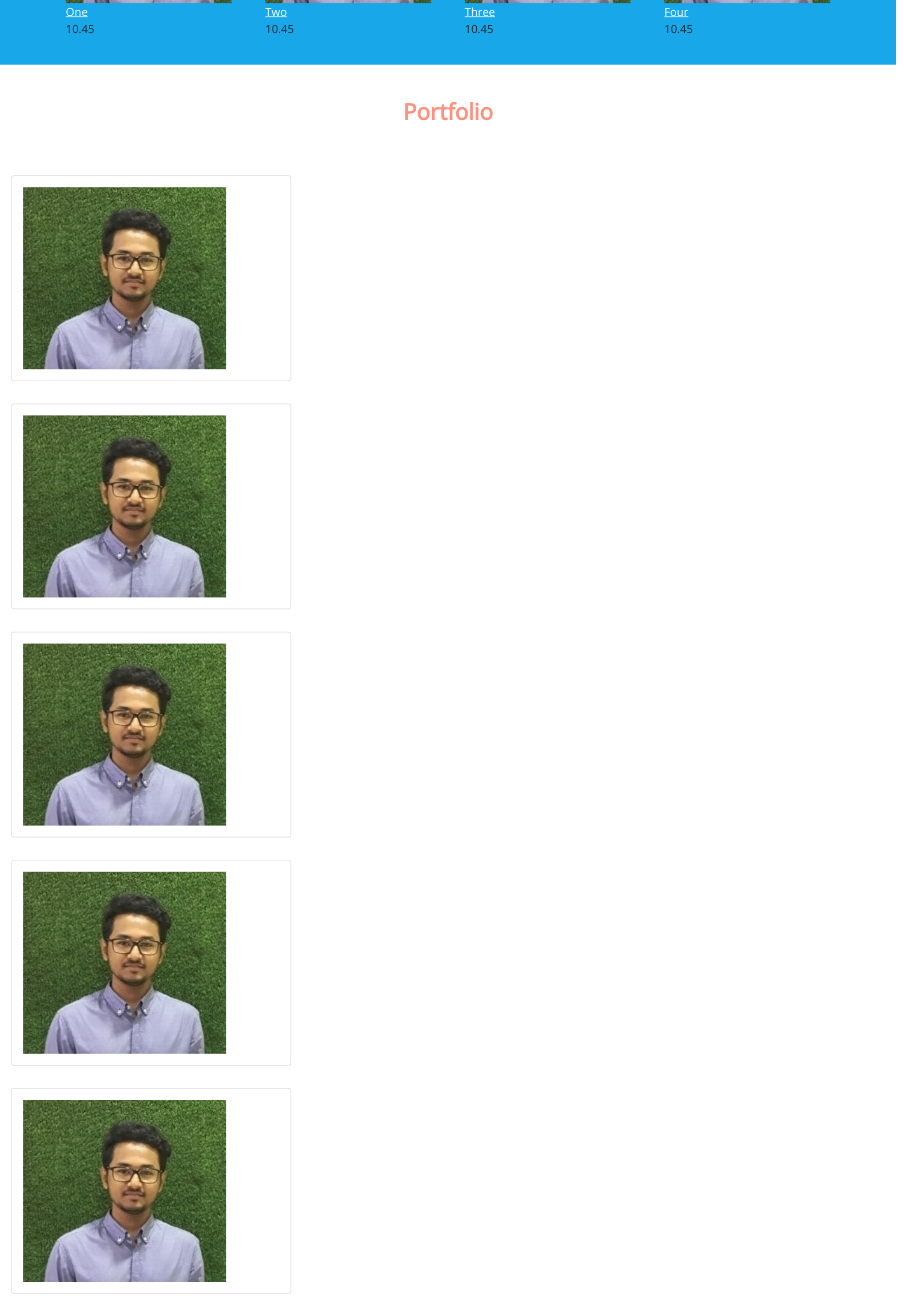
Repository: emowzz/emowzz.github.io
Page: index.html
The author's editor kept a copy of each file at every save. The page is drawn from the files as they stood at one save, then again after the next save.
The browser window is 1280 px wide. The page is 1292 px wide, so the pictures cover 1292 px, including what lies to the right of the window. The pictures show the part of the page from y = 2599 to 4479 px (the page is 4789 px tall), at 70% of full size.
Some web libraries are served in a nearby version.

Above is the page before, as saved 2021-03-17 23:30:45.

### index.html
<!doctype html>
<html lang="en">

<head>
  <!-- Required meta tags -->
  <meta charset="utf-8">
  <meta name="viewport" content="width=device-width, initial-scale=1">
  <link rel="shortcut icon" type="image/png" href="./Image/myImgZoom.jpg">
  <!-- Bootstrap CSS -->
  <link href="https://cdn.jsdelivr.net/npm/bootstrap@5.0.0-beta2/dist/css/bootstrap.min.css" rel="stylesheet"
    integrity="sha384-BmbxuPwQa2lc/FVzBcNJ7UAyJxM6wuqIj61tLrc4wSX0szH/Ev+nYRRuWlolflfl" crossorigin="anonymous">
  <link rel="preconnect" href="https://fonts.gstatic.com">
  <link href="https://fonts.googleapis.com/css2?family=Open+Sans:wght@300&display=swap" rel="stylesheet">
  <link rel="stylesheet" href="./CSS/style.css">


  <title>Hi There, I'm Fahim Foysal Emon!</title>

  <script src="https://kit.fontawesome.com/a076d05399.js" crossorigin="anonymous"></script>
</head>

<body>

  <!-- this is banner section -->
  <section class="banner-container container-fluid">
    <div class="row vh-100">
      <div class="col-md-9 banner-column m-auto text-center text-white p-4 border border-light">
        <h1 class="display:4 fw-bolder">Fahim Foysal Emon</h1>
        <h3>Software Developer</h3>
      </div>
    </div>
  </section>

  <!-- this is nav-bar section -->
  <nav class="navbar navbar-expand-lg navbar-dark navbar-container">
    <div class="container-fluid">
      <button class="navbar-toggler" type="button" data-bs-toggle="collapse" data-bs-target="#navbarSupportedContent"
        aria-controls="navbarSupportedContent" aria-expanded="false" aria-label="Toggle navigation">
        <span class="navbar-toggler-icon"></span>
      </button>
      <div class="collapse navbar-collapse" id="navbarSupportedContent">
        <ul class="navbar-nav m-auto mb-2 mb-lg-0">
          <li class="nav-item">
            <a class="nav-link active" aria-current="page" href="#About">ABOUT</a>
          </li>
          <li class="nav-item">
            <a class="nav-link" href="#Education">EDUCATION</a>
          </li>
          <li class="nav-item">
            <a class="nav-link" href="#Project">PROJECT</a>
          </li>
          <li class="nav-item">
            <a class="nav-link" href="#Portfolio">PORTFOLIO</a>
          </li>
          <li class="nav-item">
            <a class="nav-link" href="#Gallery">GALLERY</a>
          </li>
          <li class="nav-item">
            <a class="nav-link" href="#Contact">CONTACT</a>
          </li>
        </ul>
      </div>
    </div>
  </nav>

  <!-- this is about section -->
  <div class="about-container" id="About">
    <div class="container">
      <div class="row align-items-center justify-content-center">
        <div class="col-md-9 py-5 text-white">
          <h3>Fahim Foysal Emon</h3>
          <p>Software Developer</p>
          <p>Lorem ipsum dolor, sit amet consectetur adipisicing elit. Qui a architecto tempore blanditiis, aperiam
            eius, id optio fugit odit quis reiciendis ad expedita consequatur dolores repellendus asperiores illum
            assumenda molestias distinctio dicta suscipit mollitia doloribus eum voluptates. Quisquam molestiae eius
            numquam quidem iusto asperiores dolorem minima minus accusantium, accusamus doloribus.</p>
          <p>Lorem ipsum dolor sit, amet consectetur adipisicing elit. Sint quidem accusamus dolor sed voluptas
            distinctio eos? Tempore sed omnis mollitia asperiores quos quidem hic porro consectetur? Numquam in ipsa
            commodi inventore nostrum asperiores consequuntur! Nemo molestiae necessitatibus suscipit doloribus eius!
          </p>
          <p>
            Lorem ipsum dolor sit amet consectetur adipisicing elit. Nisi suscipit dignissimos tempore culpa soluta,
            assumenda voluptas dolores quam nobis? Sed ad dolores itaque eveniet nulla autem quos et. Animi, laudantium?
          </p>
        </div>

        <div class="col-md-3 mb-4">
          <img src="/Image/myImg.png" alt="" class="img-fluid border rounded-circle border-light">
        </div>
      </div>
    </div>
  </div>

  <!-- this is education section -->
  <div class="education-container" id="Education">
    <div class="container">
      <div class="row text-center">
        <div class="col py-5">
          <h2 class="bg-redType-color fw-bolder">
            Education
          </h2>
        </div>
      </div>

      <div class="row my-4 py-5 align-items-center justify-content-center">
        <div class="col-md-2 pd-3 mx-5">
          <div class="circle text-center text-white">
            <p class="py-5">
              June, 2013 <br>
              Dec, 2015
            </p>
          </div>
        </div>

        <div class="col-md-9">
          <div class="card">
            <div class="card-body">
              Lorem ipsum dolor sit, amet consectetur adipisicing elit. Consequuntur exercitationem veniam dicta est
              nemo possimus aperiam reiciendis necessitatibus quisquam reprehenderit tempore, tenetur aspernatur? Itaque
              id, animi illo blanditiis earum consequuntur eaque illum nisi omnis reiciendis quisquam quidem, quae
              laudantium! Praesentium eligendi non dolorem optio ipsa distinctio explicabo animi vitae nam.
            </div>
          </div>
        </div>

      </div>

      <div class="row my-4 py-5 align-items-center justify-content-center">
        <div class="col-md-2 pb-3 mx-5">
          <div class="circle text-center text-white">
            <p class="py-5">
              June, 2013 <br>
              Dec, 2015
            </p>
          </div>
        </div>

        <div class="col-md-9">
          <div class="card">
            <div class="card-body">
              Lorem ipsum dolor sit, amet consectetur adipisicing elit. Consequuntur exercitationem veniam dicta est
              nemo possimus aperiam reiciendis necessitatibus quisquam reprehenderit tempore, tenetur aspernatur? Itaque
              id, animi illo blanditiis earum consequuntur eaque illum nisi omnis reiciendis quisquam quidem, quae
              laudantium! Praesentium eligendi non dolorem optio ipsa distinctio explicabo animi vitae nam.
            </div>
          </div>
        </div>

      </div>
    </div>
  </div>

  <!-- this is project section -->

  <div class="project-container" id="Project">
    <div class="container">
      <div class="row text-center">
        <div class="col py-5">
          <h2 class="text-white fw-bolder">
            Projects
          </h2>
        </div>
      </div>
      <div class="row">
        <div class="col-md-3 p-4">
          <img src="./Image/myImgZoom.jpg" alt="" class="img-fluid">
          <a href="" class="text-white">One</a>
          <p>10.45</p>
        </div>
        <div class="col-md-3 p-4">
          <img src="./Image/myImgZoom.jpg" alt="" class="img-fluid">
          <a href="" class="text-white">Two</a>
          <p>10.45</p>
        </div>
        <div class="col-md-3 p-4">
          <img src="./Image/myImgZoom.jpg" alt="" class="img-fluid">
          <a href="" class="text-white">Three</a>
          <p>10.45</p>
        </div>
        <div class="col-md-3 p-4">
          <img src="./Image/myImgZoom.jpg" alt="" class="img-fluid">
          <a href="" class="text-white">Four</a>
          <p>10.45</p>
        </div>
        </div>
      </div>
    </div>


    <!-- This is portfolio section -->

    <div class="portfolio-container">
      <div class="row text-center">
        <div class="col py-5">
          <h2 class="fw-bolder bg-redType-color">
            Portfolio
          </h2>
        </div>
      </div>

      <div class="row p-3">
        <div class="col-md-4">
          <div class="card">
            <div class="card-body">
              <img src="./Image/myImgZoom.jpg" alt="" class="img-fluid">
            </div>
          </div>
        </div>
      </div>

      <div class="row p-3">
        <div class="col-md-4">
          <div class="card">
            <div class="card-body">
              <img src="./Image/myImgZoom.jpg" alt="" class="img-fluid">
            </div>
          </div>
        </div>
      </div>

      <div class="row p-3">
        <div class="col-md-4">
          <div class="card">
            <div class="card-body">
              <img src="./Image/myImgZoom.jpg" alt="" class="img-fluid">
            </div>
          </div>
        </div>
      </div>

      <div class="row p-3">
        <div class="col-md-4">
          <div class="card">
            <div class="card-body">
              <img src="./Image/myImgZoom.jpg" alt="" class="img-fluid">
            </div>
          </div>
        </div>
      </div>

      <div class="row p-3">
        <div class="col-md-4">
          <div class="card">
            <div class="card-body">
              <img src="./Image/myImgZoom.jpg" alt="" class="img-fluid">
            </div>
          </div>
        </div>
      </div>

      <div class="row p-3">
        <div class="col-md-4">
          <div class="card">
            <div class="card-body">
              <img src="./Image/myImgZoom.jpg" alt="" class="img-fluid">
            </div>
          </div>
        </div>
      </div>

    </div>

  <!-- Optional JavaScript; choose one of the two! -->

  <!-- Option 1: Bootstrap Bundle with Popper -->
  <script src="https://cdn.jsdelivr.net/npm/bootstrap@5.0.0-beta2/dist/js/bootstrap.bundle.min.js"
    integrity="sha384-b5kHyXgcpbZJO/tY9Ul7kGkf1S0CWuKcCD38l8YkeH8z8QjE0GmW1gYU5S9FOnJ0"
    crossorigin="anonymous"></script>

  <!-- Option 2: Separate Popper and Bootstrap JS -->
  <!--
    <script src="https://cdn.jsdelivr.net/npm/@popperjs/core@2.6.0/dist/umd/popper.min.js" integrity="sha384-KsvD1yqQ1/1+IA7gi3P0tyJcT3vR+NdBTt13hSJ2lnve8agRGXTTyNaBYmCR/Nwi" crossorigin="anonymous"></script>
    <script src="https://cdn.jsdelivr.net/npm/bootstrap@5.0.0-beta2/dist/js/bootstrap.min.js" integrity="sha384-nsg8ua9HAw1y0W1btsyWgBklPnCUAFLuTMS2G72MMONqmOymq585AcH49TLBQObG" crossorigin="anonymous"></script>
    -->
</body>

</html>

### CSS/style.css
body {
    font-family: 'Open Sans', sans-serif;
}


.banner-container {
    background-color: #CACACA;
}

.banner-column {
    background-color: #868486;
}

.navbar-container {
    background-color: #102040;
}

.about-container {
    background-color: #00A9C0;
}

.education-container {
    background-color: #eeebf0;
}

.bg-redType {
    background-color: #d36959;
}

.bg-redType-color {
    color: #FF907E;
}

.circle {
    background-color: #d36959;
    width: 150px;
    height: 150px;
    border-radius: 50%;
}

.project-container {
    background-color: #18a7e9;
}

After the next save:
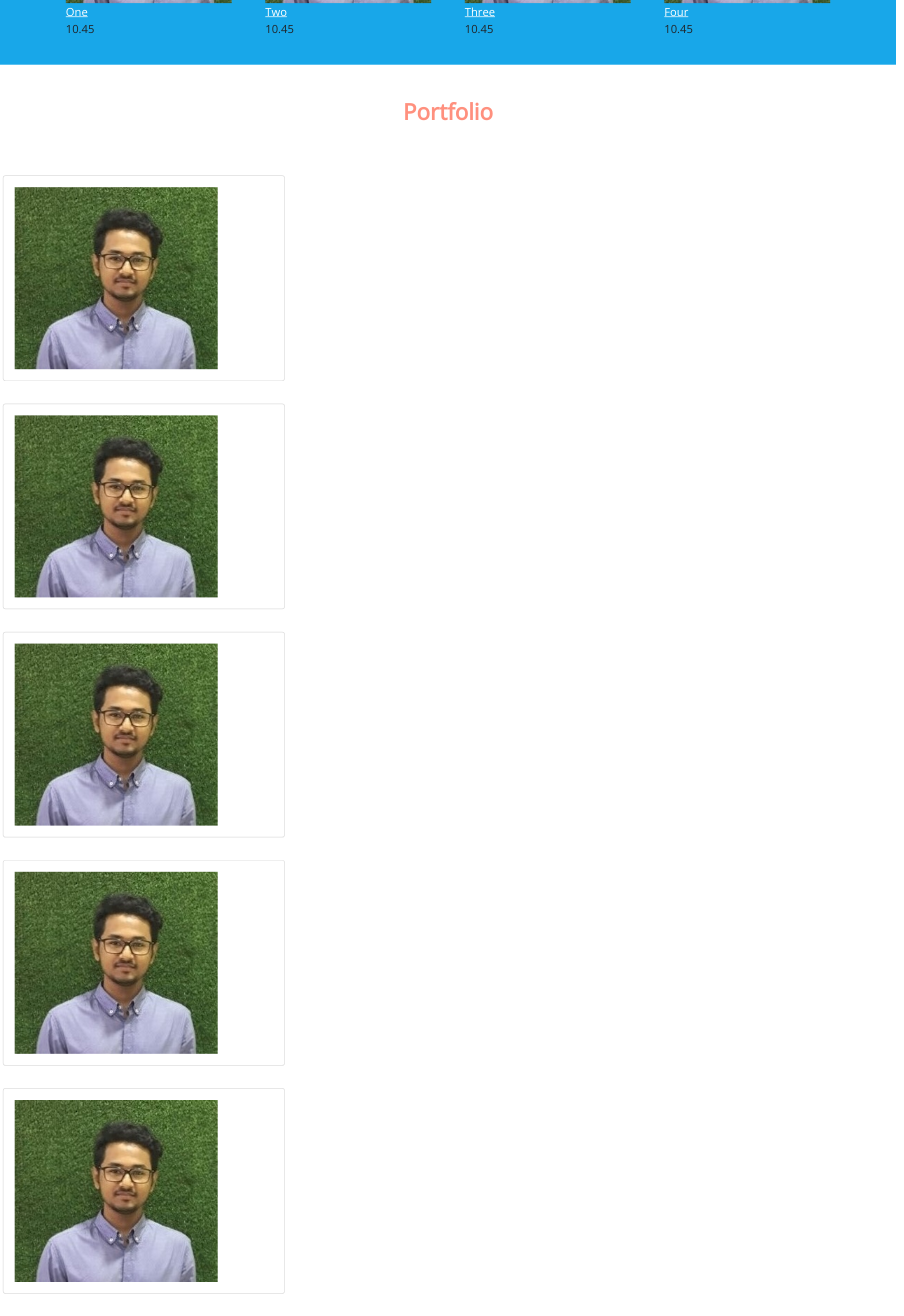
Saved 91 s later.
--- a/index.html
+++ b/index.html
@@ -198,58 +198,58 @@
         </div>
       </div>
 
-      <div class="row p-3">
-        <div class="col-md-4">
-          <div class="card">
-            <div class="card-body">
-              <img src="./Image/myImgZoom.jpg" alt="" class="img-fluid">
-            </div>
-          </div>
-        </div>
-      </div>
-
-      <div class="row p-3">
-        <div class="col-md-4">
-          <div class="card">
-            <div class="card-body">
-              <img src="./Image/myImgZoom.jpg" alt="" class="img-fluid">
-            </div>
-          </div>
-        </div>
-      </div>
-
-      <div class="row p-3">
-        <div class="col-md-4">
-          <div class="card">
-            <div class="card-body">
-              <img src="./Image/myImgZoom.jpg" alt="" class="img-fluid">
-            </div>
-          </div>
-        </div>
-      </div>
-
-      <div class="row p-3">
-        <div class="col-md-4">
-          <div class="card">
-            <div class="card-body">
-              <img src="./Image/myImgZoom.jpg" alt="" class="img-fluid">
-            </div>
-          </div>
-        </div>
-      </div>
-
-      <div class="row p-3">
-        <div class="col-md-4">
-          <div class="card">
-            <div class="card-body">
-              <img src="./Image/myImgZoom.jpg" alt="" class="img-fluid">
-            </div>
-          </div>
-        </div>
-      </div>
-
-      <div class="row p-3">
-        <div class="col-md-4">
+      <div class="row">
+        <div class="col-md-4 p-3">
+          <div class="card">
+            <div class="card-body">
+              <img src="./Image/myImgZoom.jpg" alt="" class="img-fluid">
+            </div>
+          </div>
+        </div>
+      </div>
+
+      <div class="row">
+        <div class="col-md-4 p-3">
+          <div class="card">
+            <div class="card-body">
+              <img src="./Image/myImgZoom.jpg" alt="" class="img-fluid">
+            </div>
+          </div>
+        </div>
+      </div>
+
+      <div class="row">
+        <div class="col-md-4 p-3">
+          <div class="card">
+            <div class="card-body">
+              <img src="./Image/myImgZoom.jpg" alt="" class="img-fluid">
+            </div>
+          </div>
+        </div>
+      </div>
+
+      <div class="row">
+        <div class="col-md-4 p-3">
+          <div class="card">
+            <div class="card-body">
+              <img src="./Image/myImgZoom.jpg" alt="" class="img-fluid">
+            </div>
+          </div>
+        </div>
+      </div>
+
+      <div class="row">
+        <div class="col-md-4 p-3">
+          <div class="card">
+            <div class="card-body">
+              <img src="./Image/myImgZoom.jpg" alt="" class="img-fluid">
+            </div>
+          </div>
+        </div>
+      </div>
+
+      <div class="row">
+        <div class="col-md-4 p-3">
           <div class="card">
             <div class="card-body">
               <img src="./Image/myImgZoom.jpg" alt="" class="img-fluid">
